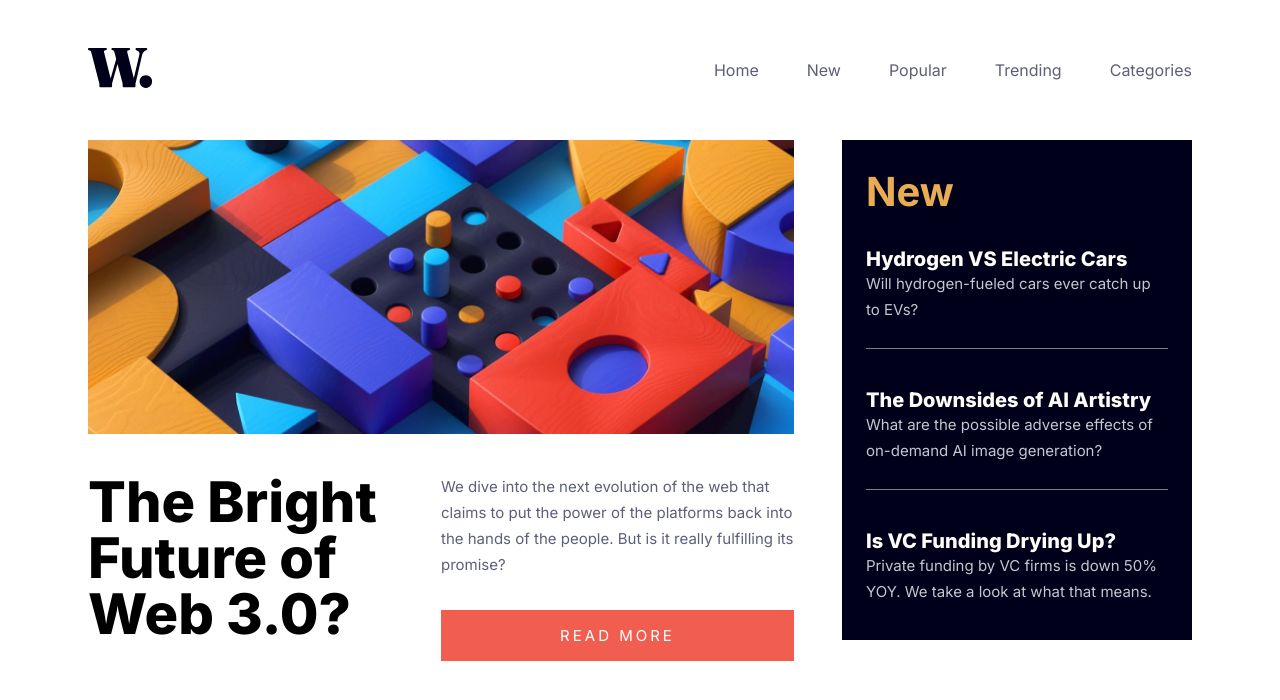
Repository: DevAntonioRogers/FrontendMentor-News-Homepage
Page: index.html
The author's editor kept a copy of each file at every save. The page is drawn from the files as they stood at one save, then again after the next save.
The browser window is 1280 px wide. The pictures show the whole page.

Above is the page before, as saved 2023-04-21 12:55:42.

### index.html
<!DOCTYPE html>
<html lang="en">
  <head>
    <meta charset="UTF-8" />
    <meta http-equiv="X-UA-Compatible" content="IE=edge" />
    <meta name="viewport" content="width=device-width, initial-scale=1.0" />
    <link rel="stylesheet" href="styles.css" />
    <title>Document</title>
  </head>
  <body>
    <nav>
      <div class="logo">
        <img src="./assets/logo.svg" alt="logo" />
      </div>
      <ul class="nav-menu">
        <li>Home</li>
        <li>New</li>
        <li>Popular</li>
        <li>Trending</li>
        <li>Categories</li>
      </ul>
      <div class="mobile-icons">
        <img src="./assets/icon-menu.svg" alt="" />
        <img src="./assets/icon-menu-close.svg" alt="" />
      </div>
    </nav>

    <section class="hero">
      <div class="left">
        <picture>
          <source srcset="assets/image-web-3-mobile.jpg" media="(max-width: 768px)" />
          <img src="assets/image-web-3-desktop.jpg" alt="banner" />
        </picture>
        <article class="hero-article">
          <div>
            <h1>The Bright Future of Web 3.0?</h1>
          </div>
          <div>
            <p>
              We dive into the next evolution of the web that claims to put the power of the platforms back into the
              hands of the people. But is it really fulfilling its promise?
            </p>
            <button>Read More</button>
          </div>
        </article>
      </div>

      <div class="right">
        <h1>New</h1>

        <div>
          <h3>Hydrogen VS Electric Cars</h3>
          <p>Will hydrogen-fueled cars ever catch up to EVs?</p>
        </div>

        <div>
          <h3>The Downsides of AI Artistry</h3>
          <p>What are the possible adverse effects of on-demand AI image generation?</p>
        </div>

        <div>
          <h3>Is VC Funding Drying Up?</h3>
          <p>Private funding by VC firms is down 50% YOY. We take a look at what that means.</p>
        </div>
      </div>
    </section>
  </body>
</html>

### styles.css
@import url('https://fonts.googleapis.com/css2?family=Inter:wght@400;700;800&display=swap');

*{
  box-sizing: border-box;
  margin: 0;
  padding: 0;
  font-family: 'Inter', sans-serif;
}

/* img{
  width: 100%;
  height: 100%;
} */

body{
  max-width: 1200px;
  margin: auto;
  padding: 3rem;
}

a{
  text-decoration: none;
}

li{
  list-style: none;
}

/* NAVBAR STYLES */

nav{
  display: flex;
  justify-content: space-between;
  align-items: center;
}

.nav-menu{
  display: flex;
  gap: 3rem;
}

.nav-menu{
  color: hsl(236, 13%, 42%);
}

.mobile-icons{
  display: none;
}

/* HERO STYLES */

.hero{
  display: flex;
  justify-content: center;
  gap: 3rem;
  margin-top: 3rem;
  max-height: 500px;
}

.left{
  display: flex;
  flex-direction: column;
}

.left img{
  max-width: 100%;
  height: 100%;
}

.hero-article{
  display: flex;
  margin-top: 2.5rem;
}

.hero-article h1{
  font-weight: 800;
  font-size: 56px;
  line-height: 56px;
}

.hero-article div{
  display: flex;
  flex-direction: column;
  flex: 1;
}

.hero-article button{
  color: white;
  background-color: hsl(5, 85%, 63%);
  /* width: 185px; */
  padding: 1rem;
  font-size: 15px;
  letter-spacing: 3px;
  text-transform: uppercase;
  border: none;
}

.hero-article p{
  font-weight: 400;
  font-size: 15px;
  line-height: 26px;
  color: hsl(236, 13%, 42%);
  margin-bottom: 2rem;
}











.right{
  background-color: hsl(240, 100%, 5%);
  color: white;
  padding: 2rem 1.5rem;
  display: flex;
  flex-direction: column;
  gap: 2rem;
  min-width: 350px;
}

.right h1{
  font-size: 40px;
  color: hsl(35, 77%, 62%);
  line-height: 40px;
  font-weight: 700;
}

.right h3 {
  font-weight: 800;
  font-size: 20px;
  line-height: 24px;
  color: hsl(36, 100%, 99%);
}

.right p{
  font-weight: 400;
  font-size: 15px;
  line-height: 26px;
  color: hsl(233, 8%, 79%);
}

.right div{
  margin: auto;
  border-bottom: solid 1px grey;
  padding-bottom: 25px;
}

.right div:nth-child(4){
  border: none;
  padding-bottom: 0;
}

After the next save:
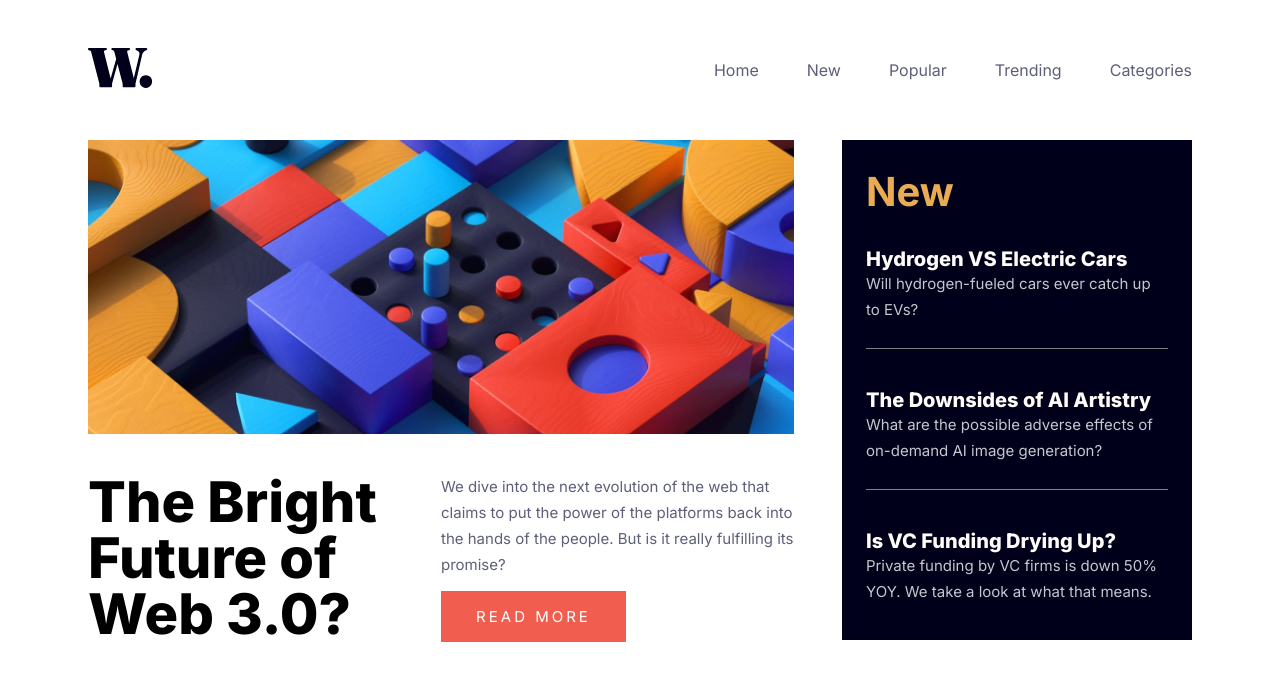
Saved 39 s later.
--- a/styles.css
+++ b/styles.css
@@ -81,13 +81,14 @@ nav{
 .hero-article div{
   display: flex;
   flex-direction: column;
+  justify-content: space-between;
   flex: 1;
 }
 
 .hero-article button{
   color: white;
   background-color: hsl(5, 85%, 63%);
-  /* width: 185px; */
+  width: 185px;
   padding: 1rem;
   font-size: 15px;
   letter-spacing: 3px;
@@ -100,7 +101,6 @@ nav{
   font-size: 15px;
   line-height: 26px;
   color: hsl(236, 13%, 42%);
-  margin-bottom: 2rem;
 }
 
 
